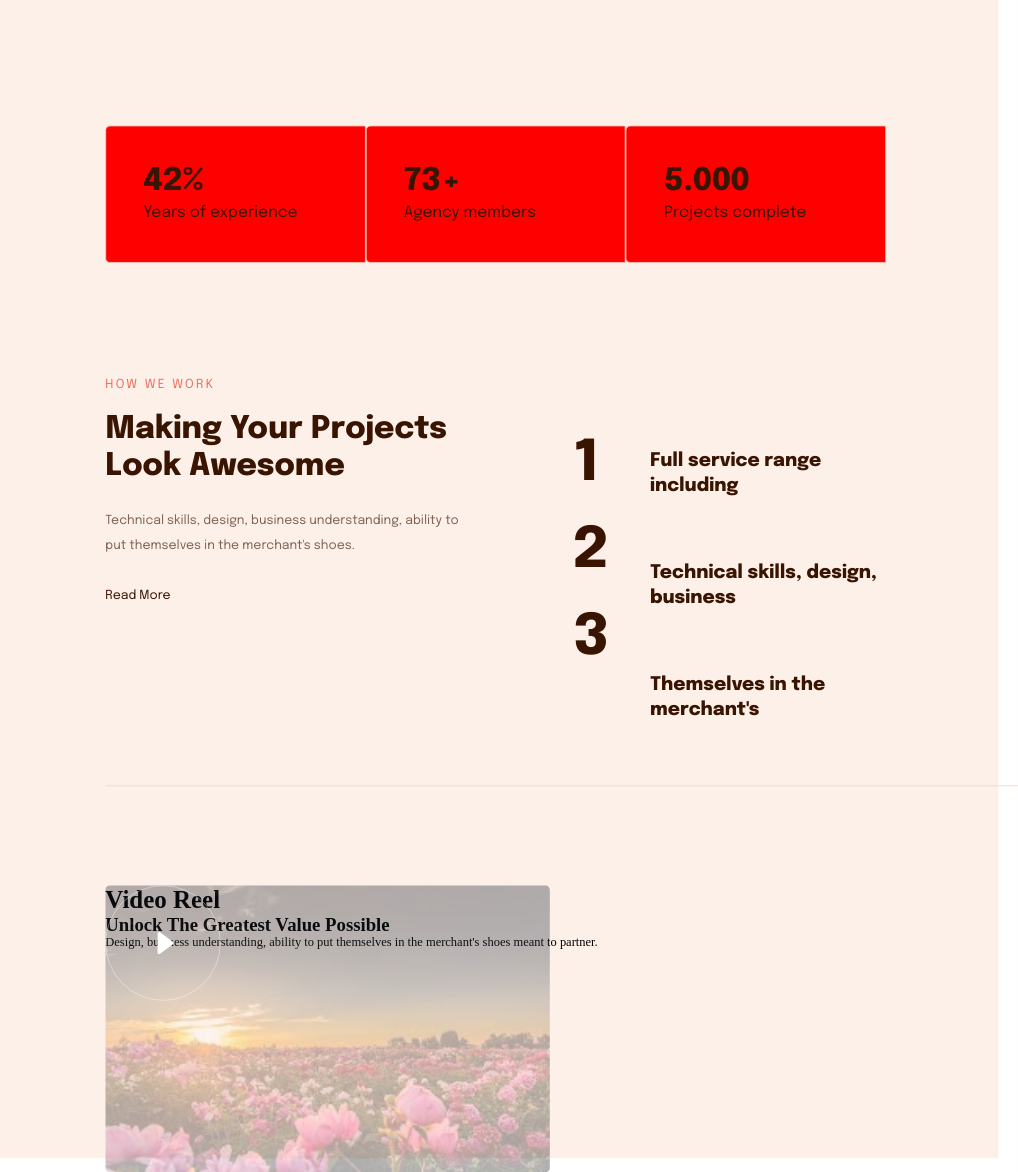
Repository: AytacJafarova/task2
Page: index.html
An editor plug-in stored every save of this project. The page is shown before and after the next save, followed by the edit.
The browser window is 1280 px wide. The page is 1305 px wide, so the pictures cover 1305 px, including what lies to the right of the window. The pictures show the whole page, at 78% of full size.

Above is the page before, as saved 2023-08-01 14:03:01.

After the next save:
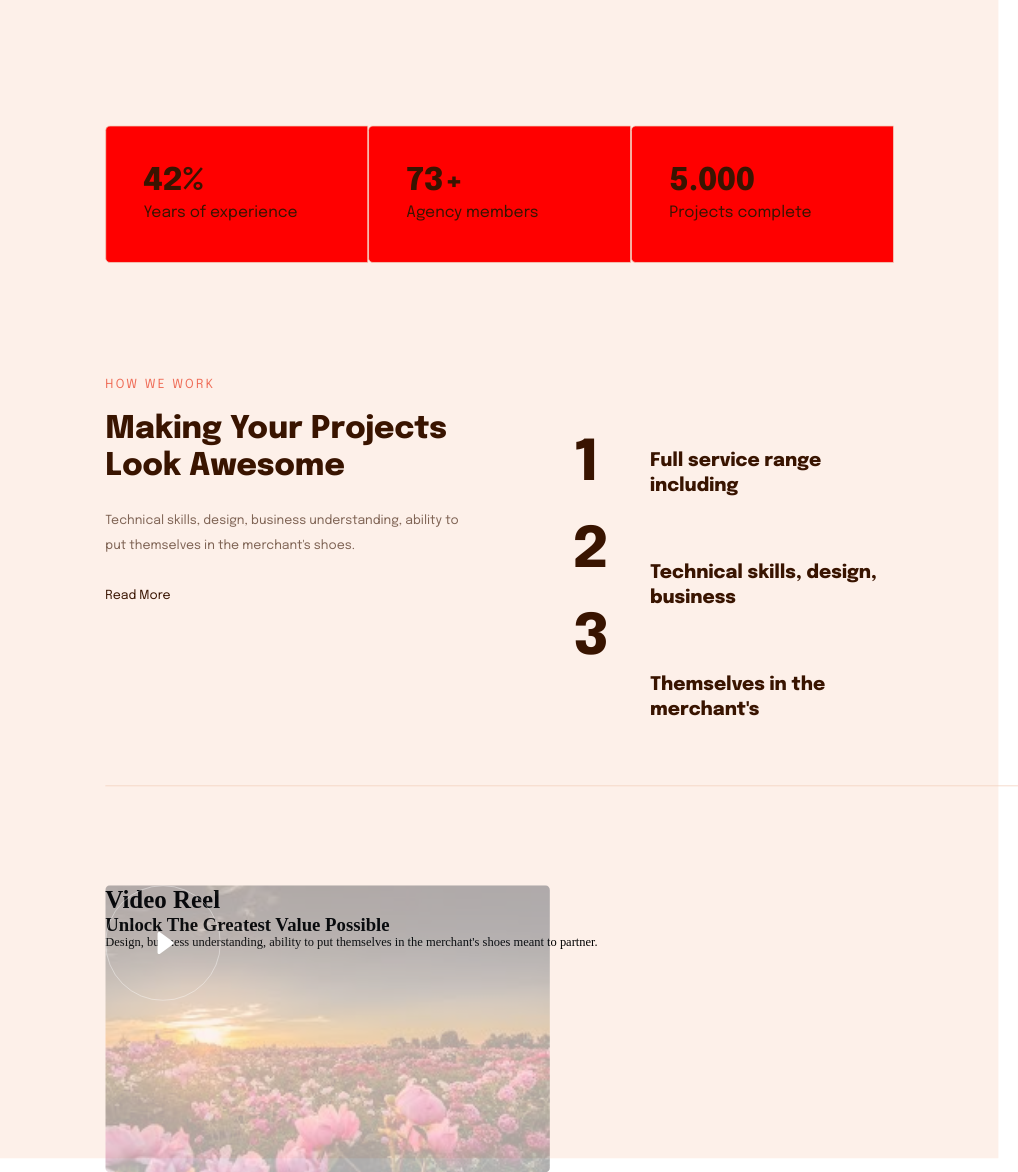
Saved 30 s later.
--- a/index.css
+++ b/index.css
@@ -18,7 +18,7 @@
     list-style-type: none;
     border-radius: 6px 0px 0px 6px;
 border: 1px solid #F3D1BF;
-width: 33%;
+width: 33.33%;
 background-color: red;
 height: 176px;
 padding-left: 48px;
